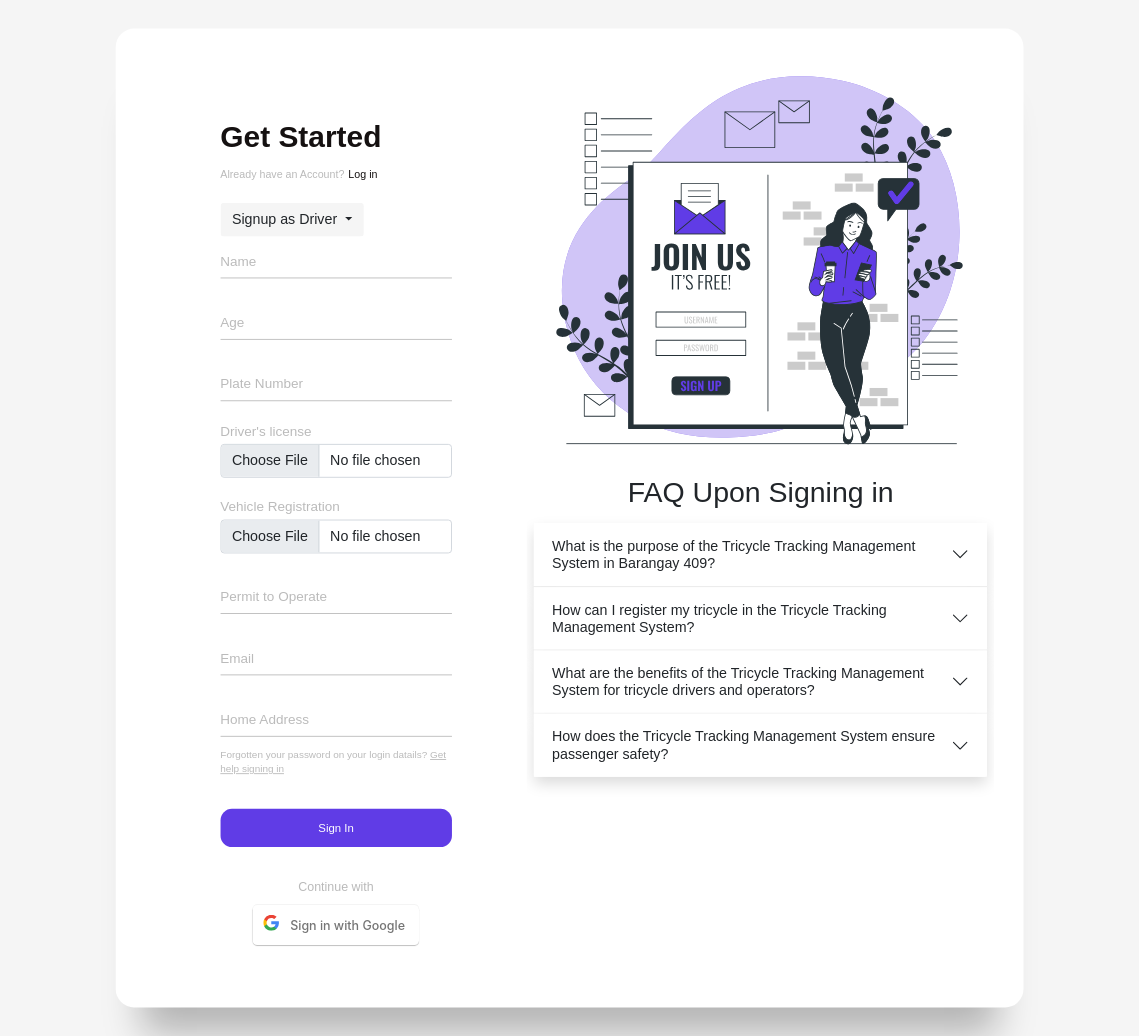
Repository: adrcstro/plate-to-place
Page: http://localhost/Loginsystem/Driverlogin.php
The author's editor kept a copy of each file at every save. The page is drawn from the files as they stood at one save, then again after the next save.
The browser window is 1280 px wide. The pictures show the whole page, at 89% of full size.
Some web fonts or font styles are not loaded; a fallback is used. Some web libraries are served in a nearby version. The page is run by PHP 8.4 with error messages shown; the project is at /var/www/html/.

Above is the page before, as saved 2023-10-31 12:44:50.

After the next save:
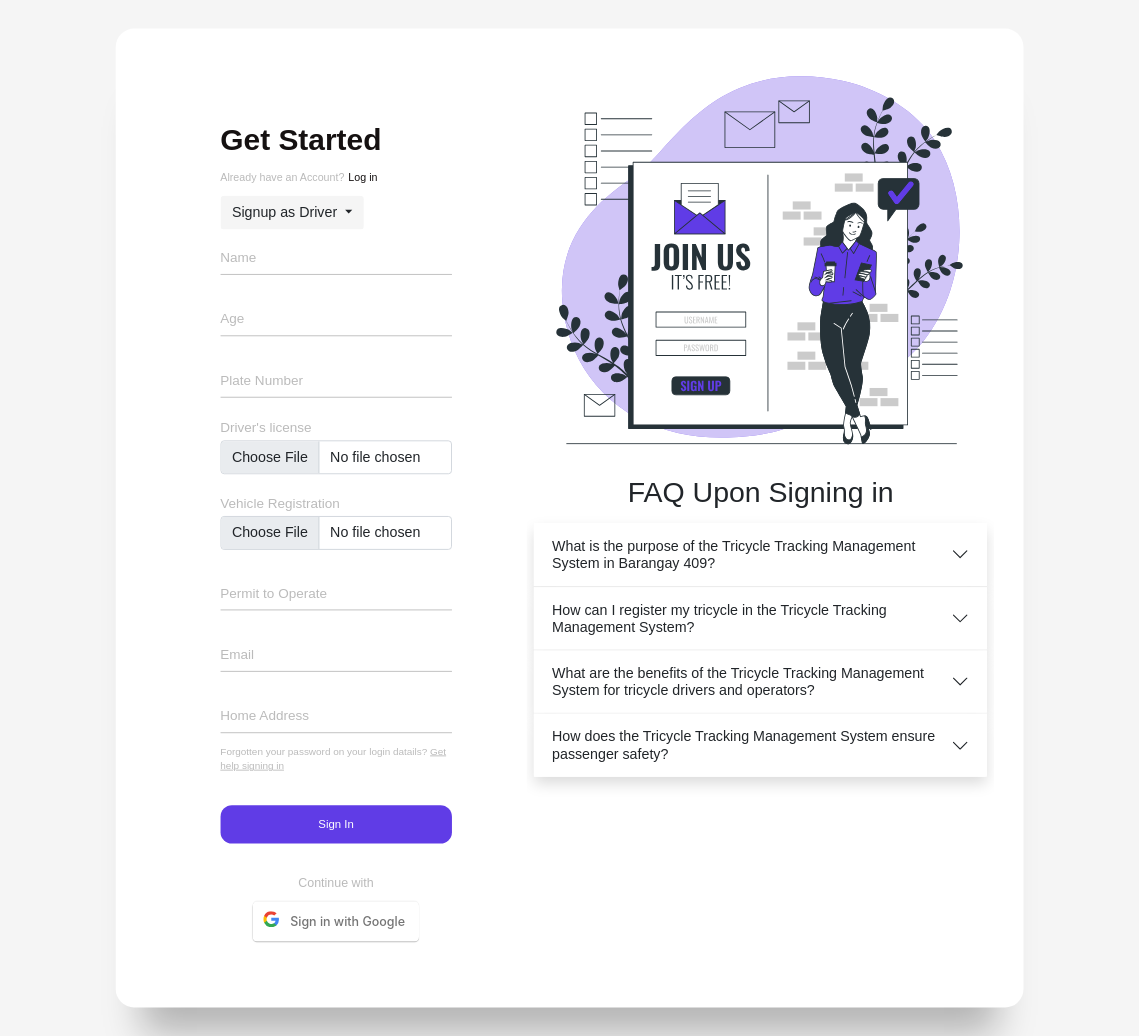
Saved 7 s later.
--- a/Loginsystem/driver.css
+++ b/Loginsystem/driver.css
@@ -404,7 +404,7 @@ margin-top: -4rem;
   margin-top: 1rem;
 }
 .dropdown{
-  margin-top: -2rem;
+  margin-top: -3rem;
 }
 .formsignin{
   margin-top: -4rem;
